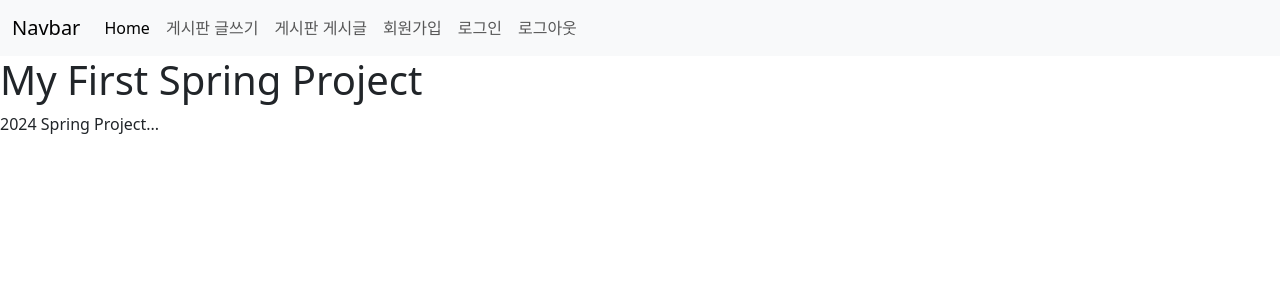
Repository: dlwpsdlwps/springTest240430
Page: http://localhost/spring_study/WEB-INF/views/index.jsp
The author's editor kept a copy of each file at every save. The page is drawn from the files as they stood at one save, then again after the next save.
The browser window is 1280 px wide. The pictures show the whole page.
The page is served by Tomcat 9. Nobody is signed in. The template is opened directly, without the code that normally fills it, so the values that code supplies are empty.

Above is the page before, as saved 2024-04-23 08:53:42.

After the next save:
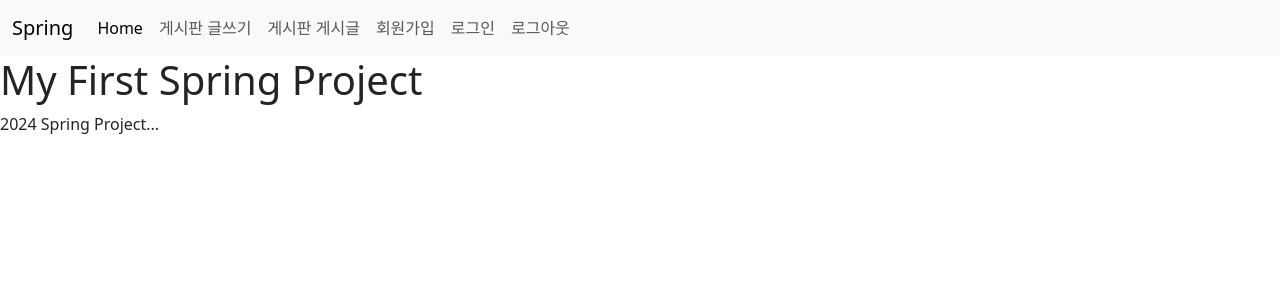
Saved 9 s later.
--- a/spring_study/src/main/webapp/WEB-INF/views/layout/header.jsp
+++ b/spring_study/src/main/webapp/WEB-INF/views/layout/header.jsp
@@ -11,7 +11,7 @@
 <body>
 <nav class="navbar navbar-expand-lg bg-body-tertiary">
   <div class="container-fluid">
-    <a class="navbar-brand" href="#">Navbar</a>
+    <a class="navbar-brand" href="#">Spring</a>
     <button class="navbar-toggler" type="button" data-bs-toggle="collapse" data-bs-target="#navbarSupportedContent" aria-controls="navbarSupportedContent" aria-expanded="false" aria-label="Toggle navigation">
       <span class="navbar-toggler-icon"></span>
     </button>
